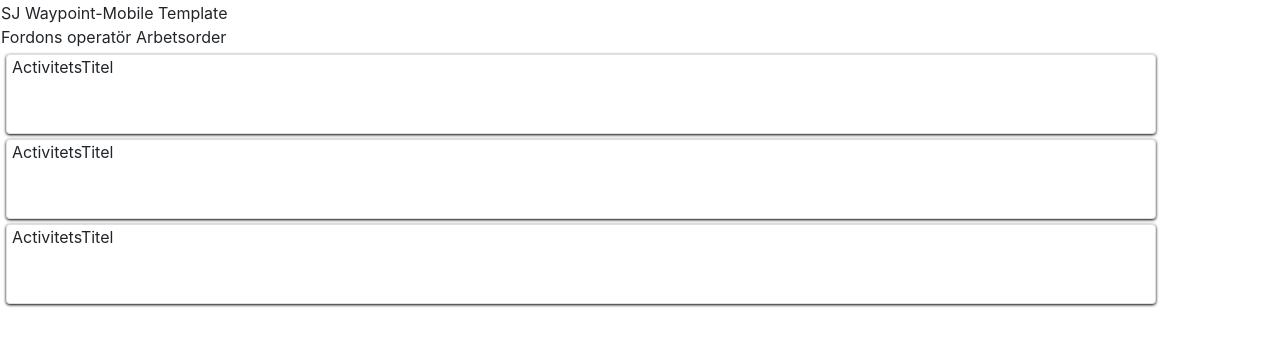
Repository: AdrianaLarsson/yarn-next-typescript
Page: /
These files come from the project's save history. The page is drawn as it stood at one moment and after the next save; the edit follows.
The browser window is 1280 px wide. The pictures show the whole page.
The project was rebuilt for these pictures with package versions that can differ from the ones it lists, and the page was loaded fresh each time. The framework's server and built-in components were replaced by stand-ins that run in the browser.

Above is the page before, as saved 2021-02-28 11:18:58.

### pages/_app.tsx
// Functionality
import type { AppProps } from 'next/app';
import Head from 'next/head';

// Styling
import 'bootstrap/dist/css/bootstrap.min.css';
import GlobalStyle from '../styles/Globals';
import { sjTheme } from '../styles/Theme';
import { ThemeProvider } from 'styled-components';

// Utils
import GlobalContext from '../components/particles/GlobalContext';

function MyApp({ Component, pageProps }: AppProps): JSX.Element {
  return (
    <>
      <Head>
        <title>SJ Template uhdiuasuasuash</title>
        <meta
          name="viewport"
          content="initial-scale=1.0, width=device-width"
          key="viewport"
        />
        <link rel="favicon" href="/favicon.ico" />
      </Head>
      <GlobalStyle />
      <ThemeProvider theme={sjTheme}>
        <GlobalContext.Provider value={'Context test value'}>
          <Component {...pageProps} />
        </GlobalContext.Provider>
      </ThemeProvider>
    </>
  );
}

export default MyApp;

### pages/index.tsx
// Functionality
import { GetServerSideProps, GetServerSidePropsContext } from 'next';
import VehicleOpreator from '../components/WorkOrderVehicleOperator/vehicleopreator';
import GlobalStyle from '../styles/Globals'
interface serverSideProps {
  dummyPropsValue: string;
}

const Index = (props: serverSideProps): JSX.Element => {
  return (
    <div>
      <main>
        <div>SJ Waypoint-Mobile Template</div>
        <GlobalStyle />
        <VehicleOpreator/>
        <div>
        </div>
      </main>
    </div>
  );
};

export const getServerSideProps: GetServerSideProps = async (
  context: GetServerSidePropsContext
) => {
  return {
    props: {
      dummyPropsValue: context.resolvedUrl
    }
  };
};

export default Index;

### styles/Globals.ts
import { createGlobalStyle } from 'styled-components';

export default createGlobalStyle`
    body,
    container {
      padding: 1px;
      display: center;
      flex-direction: column;
      align-items: center;
    },
    html {
        padding: 0;
        margin: 0;
        font-family: "-apple-system", "BlinkMacSystemFont", "Segoe UI", "Roboto",
            "Oxygen", "Ubuntu", "Cantarell", "Fira Sans", "Droid Sans", "Helvetica Neue",
            "sans-serif";
        height: 1px;
        margin: auto;
    }
    a {
        color: inherit;
        text-decoration: none;
    }
    * {
        -webkit-box-sizing: border-box;
        box-sizing: border-box;
    }
`;

### styles/Theme.ts
import { DefaultTheme } from 'styled-components';

const sjTheme: DefaultTheme = {
  colors: {
    main: 'black',
    secondary: 'gray'
  }
};

export { sjTheme };

### components/particles/GlobalContext.tsx
import { createContext } from 'react';

const GlobalContext = createContext(null);

export default GlobalContext;

### components/WorkOrderVehicleOperator/vehicleopreator.tsx
import React from 'react'
import StyledCard from '../organisms/Card/Card'

function vehicleOpreator() {
    return (
        <div>
            Fordons operatör Arbetsorder
         <StyledCard>
             ActivitetsTitel
         </StyledCard>
         <StyledCard>
             ActivitetsTitel
         </StyledCard>
         <StyledCard>
             ActivitetsTitel
         </StyledCard>
        </div>
    )
}

export default vehicleOpreator

### components/organisms/Card/Card.tsx
//Components
import Card from 'react-bootstrap/Card';
//Packages
import styled from 'styled-components/'

const StyledCard = styled(Card)`
display: flex;
height: 5em;
width: 90%;
margin: 5px;
padding-left: 5px;
background-color: rgba(0,0,0,0.0);
box-shadow: 0 1px 3px 0 rgba(0, 0, 0, 1.4);
border-radius: 4px;

`;
export default StyledCard;

After the next save:
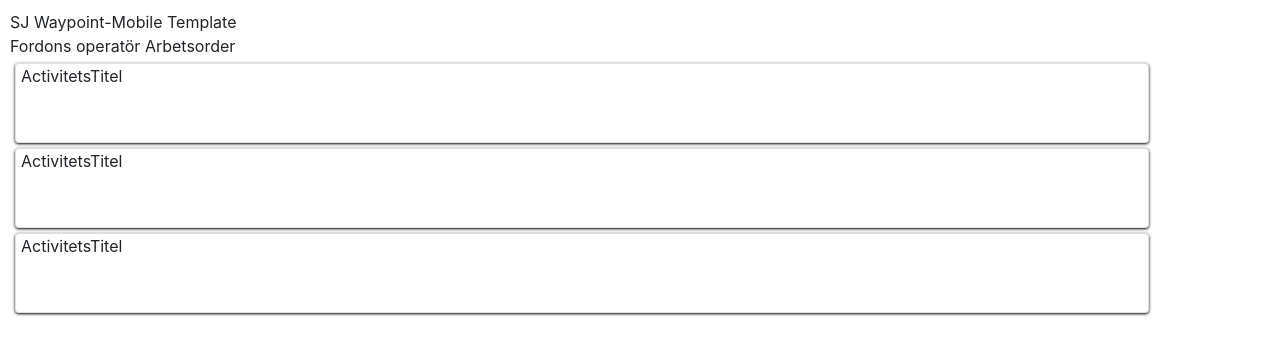
Saved 1 s later.
--- a/styles/Globals.ts
+++ b/styles/Globals.ts
@@ -3,7 +3,7 @@ import { createGlobalStyle } from 'styled-components';
 export default createGlobalStyle`
     body,
     container {
-      padding: 1px;
+      padding: 10px;
       display: center;
       flex-direction: column;
       align-items: center;
